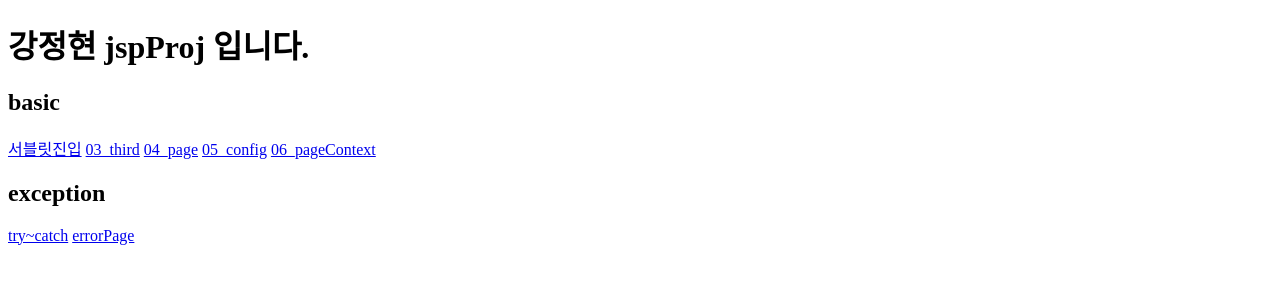
Repository: Jamikidu/newJsp
Page: http://localhost/jspProj/
These files come from the project's save history. The page is drawn as it stood at one moment and after the next save; the edit follows.
The browser window is 1280 px wide. The pictures show the whole page.
The page is served by Tomcat 9.

Above is the page before, as saved 2023-07-26 02:35:27.

After the next save:
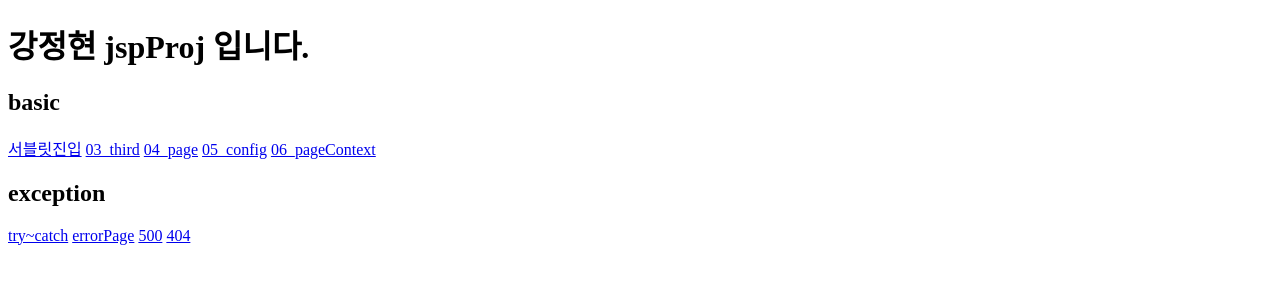
Saved 75 s later.
--- a/jspProj/src/main/webapp/index.jsp
+++ b/jspProj/src/main/webapp/index.jsp
@@ -17,7 +17,8 @@
 <h2>exception</h2>
 <a href="err/aaa.jsp">try~catch</a>
 <a href="err/bbb.jsp">errorPage</a>
-
+<a href="err/ccc.jsp">500</a>
+<a href="err/ddd.jsp">404</a>
 
 </body>
 </html>
